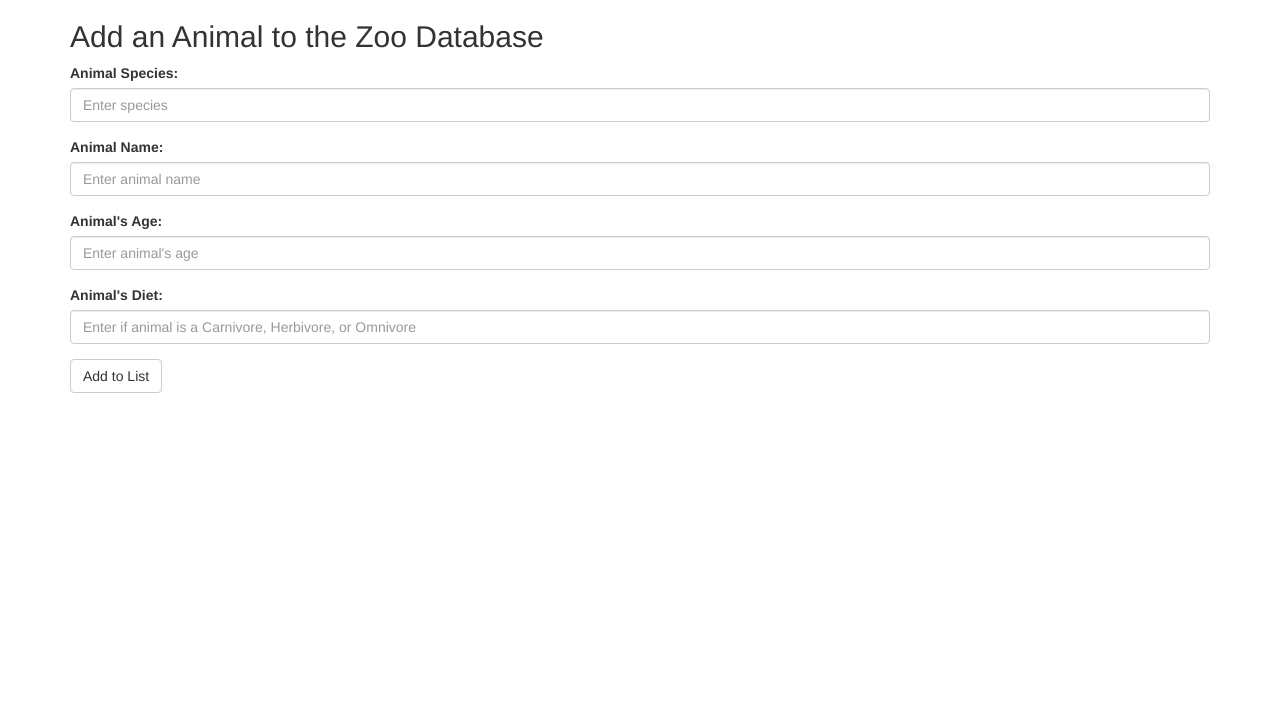
Repository: kavitachana/Sept-2
Page: food/src/main/webapp/formadd.html
These files come from the project's save history. The page is drawn as it stood at one moment and after the next save; the edit follows.
The browser window is 1280 px wide. The pictures show the whole page.

Above is the page before, as saved 2016-09-03 23:14:07.

### food/src/main/webapp/formadd.html
<!DOCTYPE html>
<html lang="en">
<head>
<title>Add Animal</title>
<meta charset="utf-8">
<meta name="viewport" content="width=device-width, initial-scale=1">
<link rel="stylesheet"
	href="http://maxcdn.bootstrapcdn.com/bootstrap/3.3.7/css/bootstrap.min.css">
<script
	src="https://ajax.googleapis.com/ajax/libs/jquery/1.12.4/jquery.min.js"></script>
<script
	src="http://maxcdn.bootstrapcdn.com/bootstrap/3.3.7/js/bootstrap.min.js"></script>

<link rel="stylesheet" href="formstyles.css" />

</head>
<body class = "add-animal">

	<div class="container">
		<h2>Add an Animal to the Zoo Database</h2>
		<form action = "addToDB" method = "POST">
			<div class="form-group">
				<label for="Animal Species">Animal Species:</label> <input
					type="text" class="form-control" name="animal-type"
					placeholder="Enter species">
			</div>
			<div class="form-group">
				<label for="Animal Name">Animal Name:</label> <input type="text"
					class="form-control" name="name" placeholder="Enter animal name">
			</div>
			<div class="form-group">
				<label for="Age of Animal">Animal's Age:</label> <input type="text"
					class="form-control" name="age" placeholder="Enter animal's age">
			</div>
			<div class="form-group">
				<label for="Animal Diet">Animal's Diet:</label> <input type="text"
					class="form-control" name="diet" placeholder="Enter if animal is a Carnivore, Herbivore, or Omnivore">
			</div>
			<button type="submit" class="btn btn-default">Add to List</button>
		</form>
	</div>

</body>
</html>

### food/src/main/webapp/formstyles.css
.add-food {

	background: url("img/map.jpg");
	background-size: 100%;
}

.delete-food {

	background: url("img/map.jpg");
	background-size: 100%;

}

After the next save:
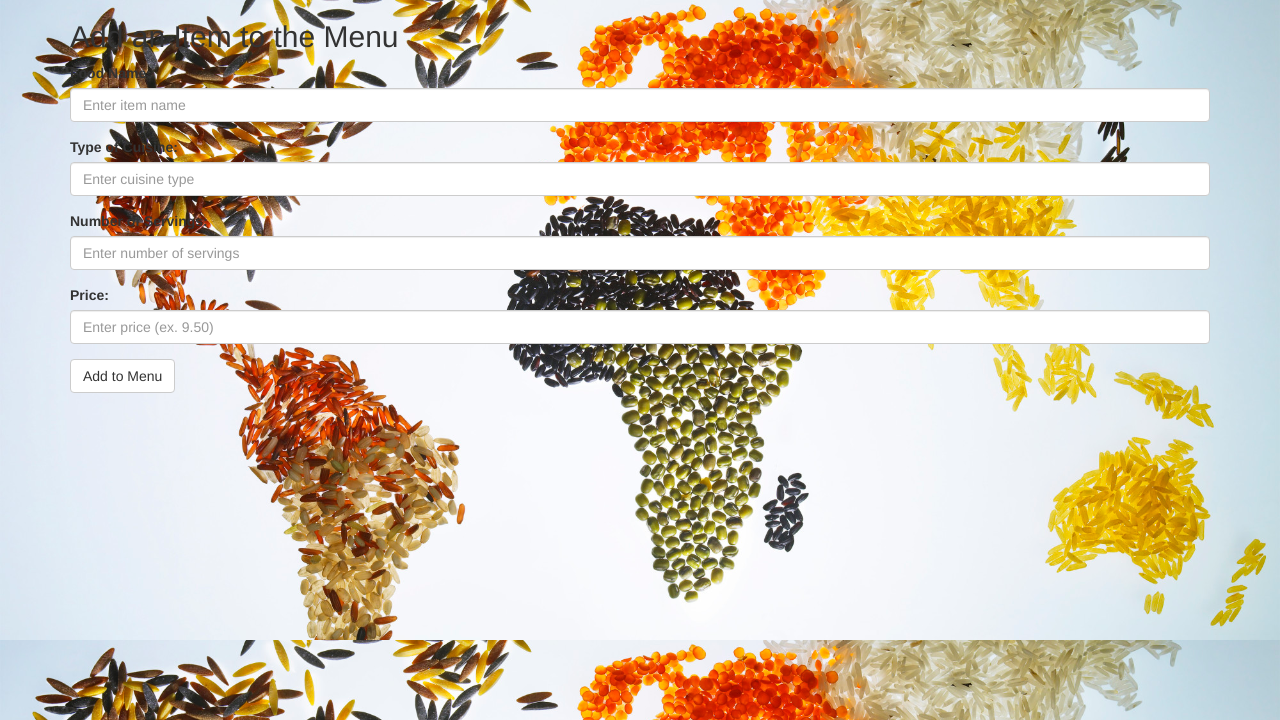
Saved 70 min 10 s later.
--- a/food/src/main/webapp/formadd.html
+++ b/food/src/main/webapp/formadd.html
@@ -1,7 +1,7 @@
 <!DOCTYPE html>
 <html lang="en">
 <head>
-<title>Add Animal</title>
+<title>Add Menu Item</title>
 <meta charset="utf-8">
 <meta name="viewport" content="width=device-width, initial-scale=1">
 <link rel="stylesheet"
@@ -14,29 +14,29 @@
 <link rel="stylesheet" href="formstyles.css" />
 
 </head>
-<body class = "add-animal">
+<body class = "add-food">
 
 	<div class="container">
-		<h2>Add an Animal to the Zoo Database</h2>
+		<h2>Add an Item to the Menu</h2>
 		<form action = "addToDB" method = "POST">
 			<div class="form-group">
-				<label for="Animal Species">Animal Species:</label> <input
-					type="text" class="form-control" name="animal-type"
-					placeholder="Enter species">
+				<label for="Name of Food Item">Food Name:</label> <input
+					type="text" class="form-control" name="name"
+					placeholder="Enter item name">
 			</div>
 			<div class="form-group">
-				<label for="Animal Name">Animal Name:</label> <input type="text"
-					class="form-control" name="name" placeholder="Enter animal name">
+				<label for="Cuisine Type">Type of Cuisine:</label> <input type="text"
+					class="form-control" name="cuisine" placeholder="Enter cuisine type">
 			</div>
 			<div class="form-group">
-				<label for="Age of Animal">Animal's Age:</label> <input type="text"
-					class="form-control" name="age" placeholder="Enter animal's age">
+				<label for="Num of Servings">Number of Servings:</label> <input type="text"
+					class="form-control" name="num_of_servings" placeholder="Enter number of servings">
 			</div>
 			<div class="form-group">
-				<label for="Animal Diet">Animal's Diet:</label> <input type="text"
-					class="form-control" name="diet" placeholder="Enter if animal is a Carnivore, Herbivore, or Omnivore">
+				<label for="Price">Price:</label> <input type="text"
+					class="form-control" name="price" placeholder="Enter price (ex. 9.50)">
 			</div>
-			<button type="submit" class="btn btn-default">Add to List</button>
+			<button type="submit" class="btn btn-default">Add to Menu</button>
 		</form>
 	</div>
 
